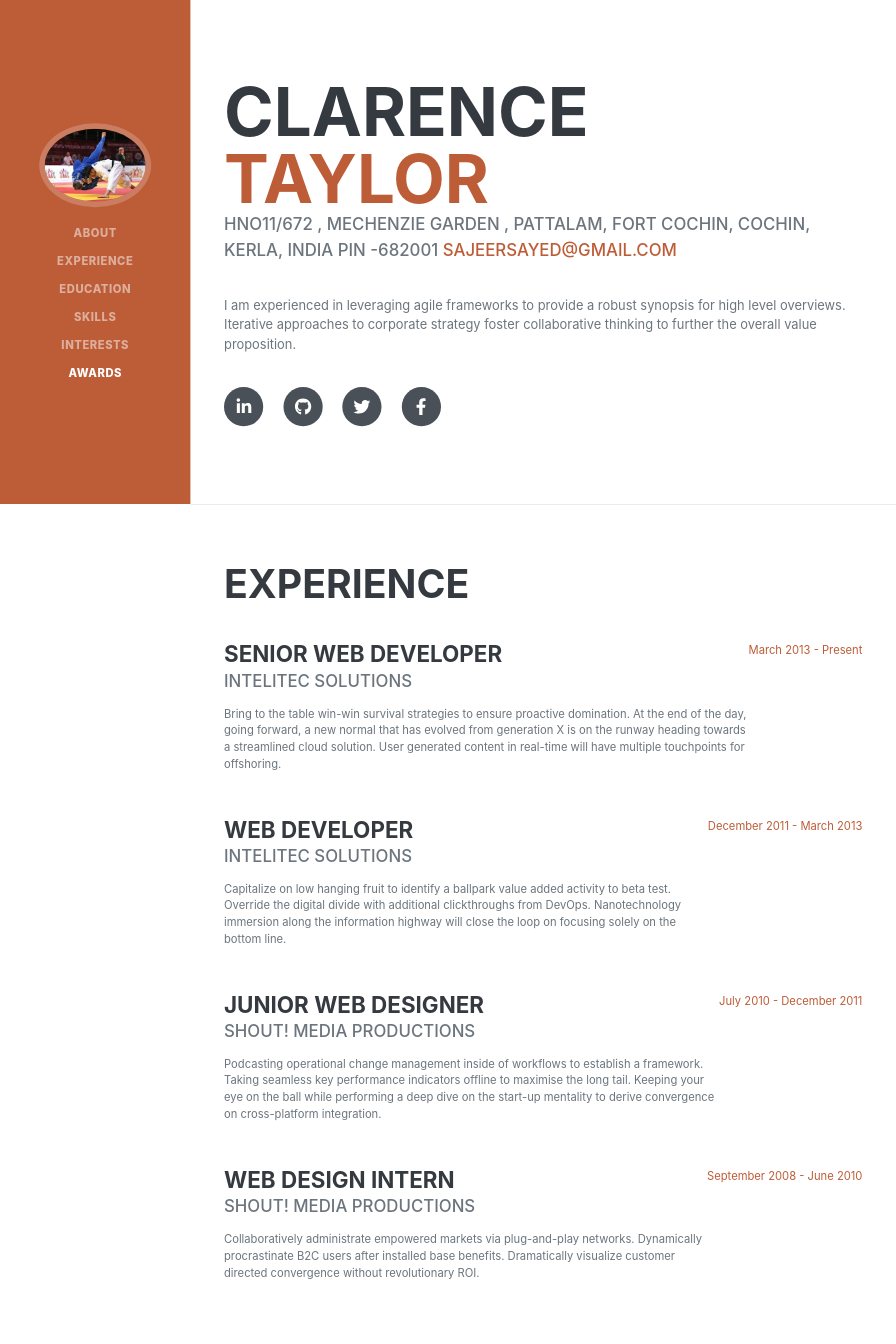
Repository: Sajeerks/resume-sample-c9
Page: startbootstrap-resume-gh-pages/index.html
The author's editor kept a record of every edit. The page is drawn from the files as they stood at one moment, then again after the next edit.
The browser window is 1280 px wide. The pictures show the part of the page from y = 0 to 1920 px (the page is 4810 px tall), at 70% of full size.
Some web fonts or font styles are not loaded; a fallback is used.

Above is the page before.

After the next edit:
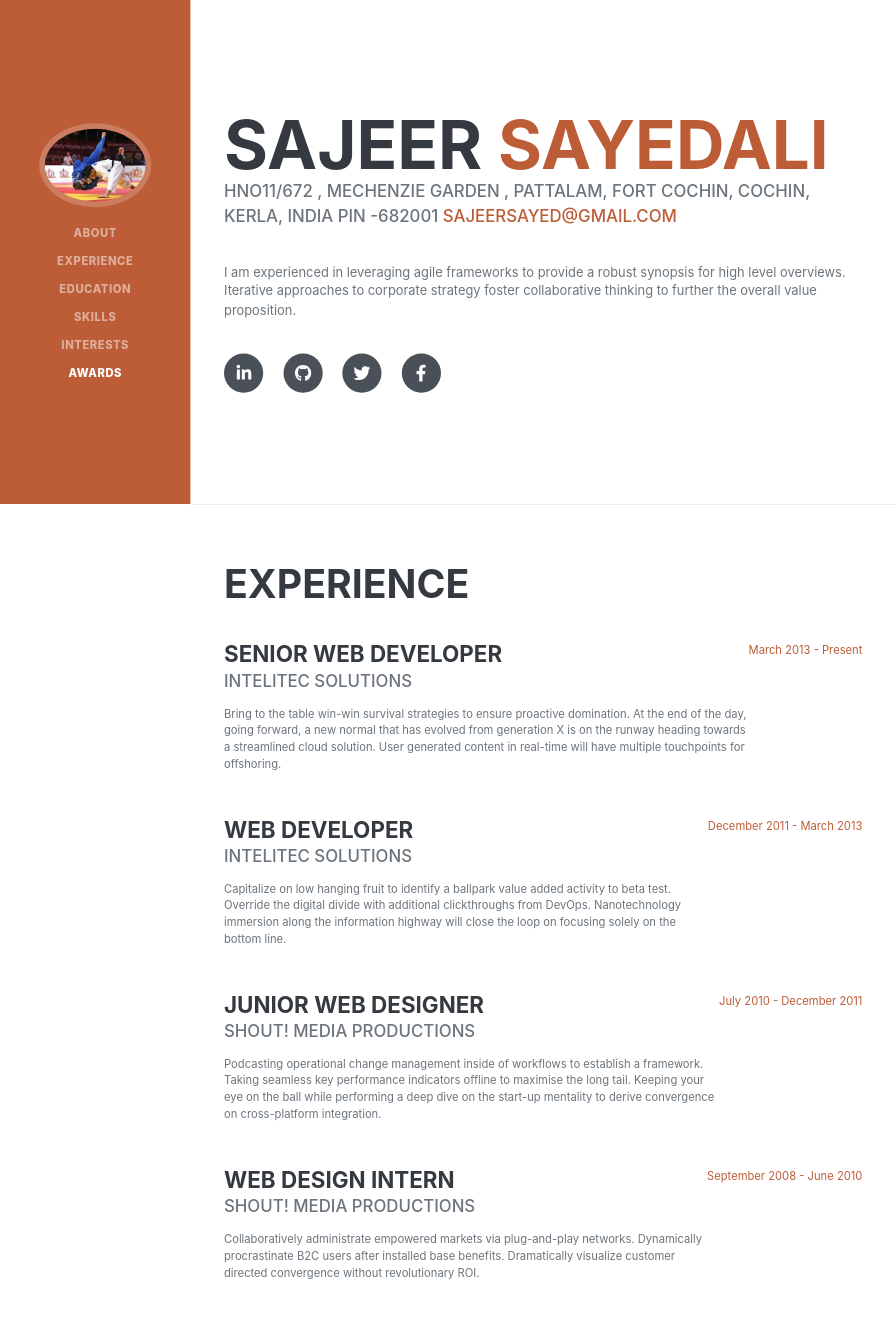
The edit:
--- a/startbootstrap-resume-gh-pages/index.html
+++ b/startbootstrap-resume-gh-pages/index.html
@@ -40,8 +40,8 @@
             <section class="resume-section" id="about">
                 <div class="resume-section-content">
                     <h1 class="mb-0">
-                        Clarence
-                        <span class="text-primary">Taylor</span>
+                        Sajeer
+                        <span class="text-primary">Sayedali </span>
                     </h1>
                     <div class="subheading mb-5">
                         Hno11/672 , Mechenzie Garden , Pattalam, Fort Cochin, Cochin, Kerla, India PIN -682001
